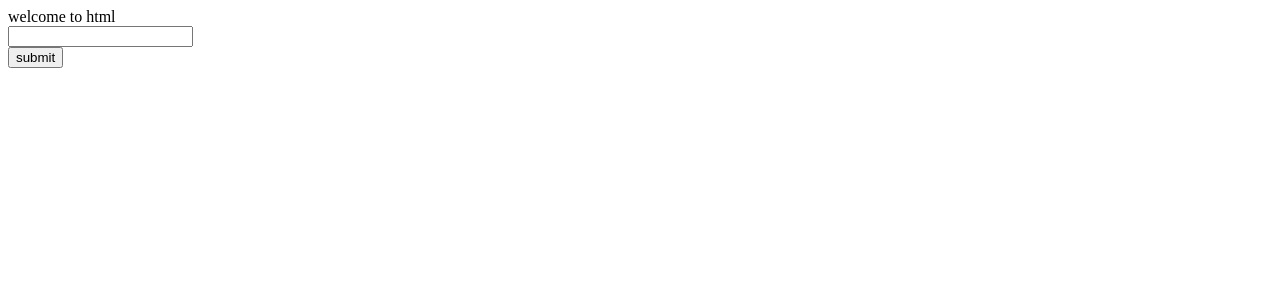
Repository: Muskan-Garg696/muskan_training
Page: WebApplicationProject1/TestFirstServlet/WebContent/Index.html
An editor plug-in stored every save of this project. The page is shown before and after the next save, followed by the edit.
The browser window is 1280 px wide. The pictures show the whole page.

Above is the page before, as saved 2019-09-03 06:34:39.

### WebApplicationProject1/TestFirstServlet/WebContent/Index.html
<!DOCTYPE html>
<html>
<head>
<meta charset="ISO-8859-1">
<title>Insert title here</title>
</head>
<body>
welcome to html
<form action = "MyServlet" method="post">
<input type="text" name ="name"  value=""><br>
<input type="submit"  value="submit">
</form>
</body>
</html>

After the next save:
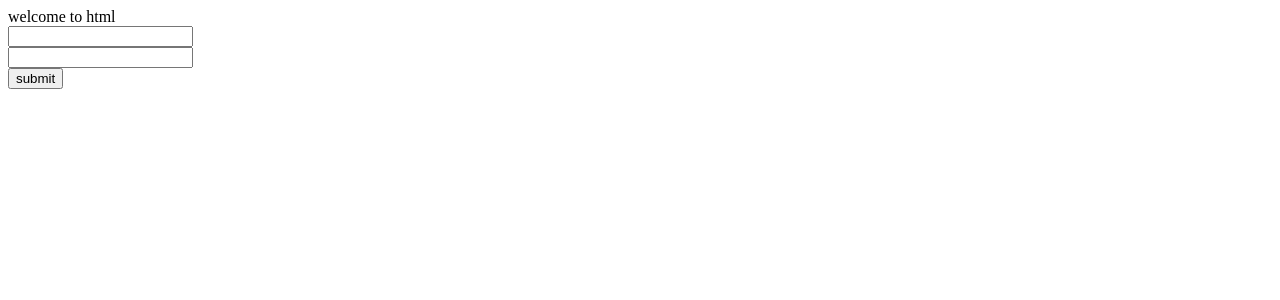
Saved 32 min 2 s later.
--- a/WebApplicationProject1/TestFirstServlet/WebContent/Index.html
+++ b/WebApplicationProject1/TestFirstServlet/WebContent/Index.html
@@ -7,7 +7,8 @@
 <body>
 welcome to html
 <form action = "MyServlet" method="post">
-<input type="text" name ="name"  value=""><br>
+<input type="text" name ="num1"  value=""><br>
+<input type="text" name ="num2"  value=""><br>
 <input type="submit"  value="submit">
 </form>
 </body>
